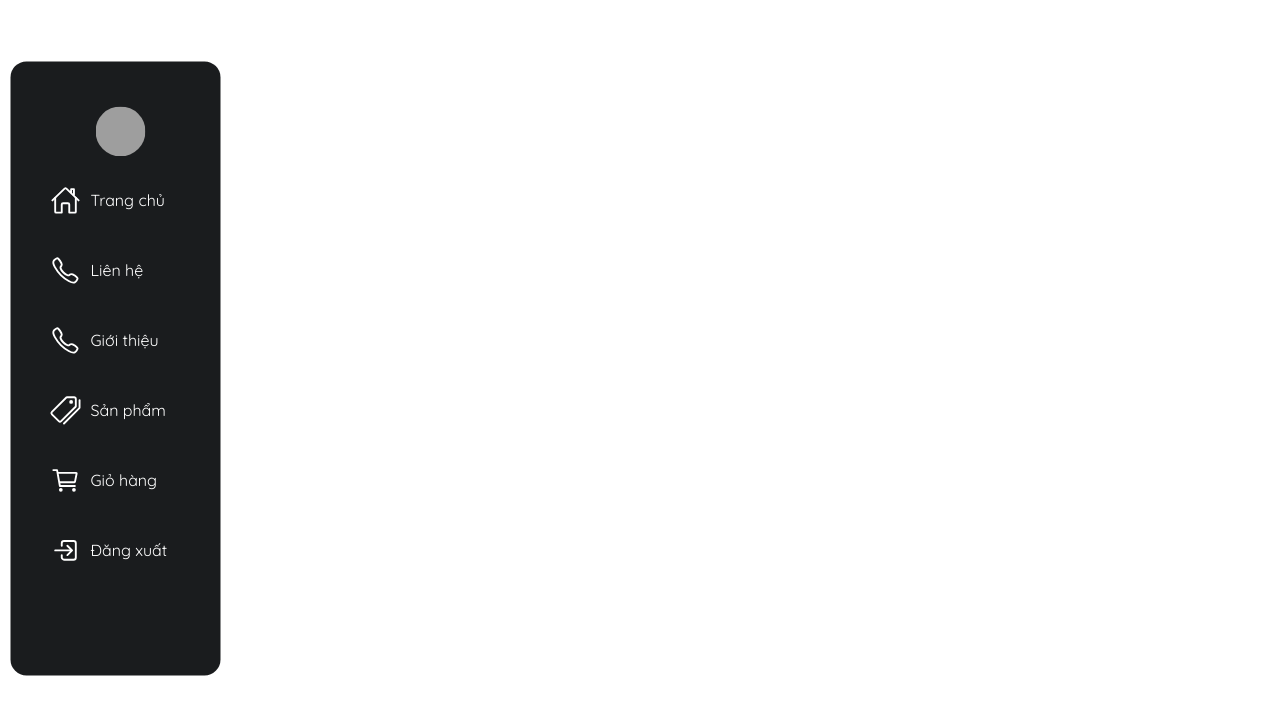
Repository: Fuocmanh/demo
Page: site/nav.html
An editor plug-in stored every save of this project. The page is shown before and after the next save, followed by the edit.
The browser window is 1280 px wide. The pictures show the whole page.
Pictures or frames that could not be fetched are drawn as grey boxes.

Above is the page before, as saved 2022-12-30 12:31:01.

### site/nav.html
<!DOCTYPE html>
<html lang="en">

<head>
    <meta charset="UTF-8">
    <meta name="viewport" content="width=device-width, initial-scale=1" />
    <link rel="stylesheet" href="../css/style.css">
    <script type="module" src="https://unpkg.com/ionicons@5.5.2/dist/ionicons/ionicons.esm.js"></script>
    <script nomodule src="https://unpkg.com/ionicons@5.5.2/dist/ionicons/ionicons.js"></script>
</head>

<body class="box">
    <div class="sidebar">
        <a href="#" class="logo">
            <img src="https://i.pinimg.com/550x/dd/6d/22/dd6d2277032c5f365dd3149d45b3a820.jpg" alt="" class="logo-image" />
        </a>
        <nav>
            <ul class="menu">
                <li class="menu-item">
                    <a href="#" class="menu-link">
                        <ion-icon name="home-outline"></ion-icon>
                        <span>Trang chủ</span>
                    </a>
                </li>
                <li class="menu-item">
                    <a href="#" class="menu-link">
                        <ion-icon name="call-outline"></ion-icon>
                        <span>Liên hệ</span>
                    </a>
                </li>
                <li class="menu-item">
                    <a href="#" class="menu-link">
                        <ion-icon name="call-outline"></ion-icon>
                        <span>Giới thiệu</span>

                    </a>
                </li>
                <li class="menu-item">
                    <a href="#" class="menu-link">
                        <ion-icon name="pricetags-outline"></ion-icon>
                        <span>Sản phẩm</span>
                    </a>
                </li>
                <li class="menu-item">
                    <a href="#" class="menu-link">
                        <ion-icon name="cart-outline"></ion-icon>
                        <span>Giỏ hàng</span>
                    </a>
                </li>
                <li class="menu-item">
                    <a href="#" class="menu-link">
                        <ion-icon name="log-in-outline"></ion-icon>
                        <span>Đăng xuất</span>
                    </a>
                </li>
            </ul>
        </nav>

        <!-- <div class="">
            <a href="#!"><ion-icon name="log-in-outline"></ion-icon></a>
        </div> -->
    </div>
    <script src="../js/style.js"></script>
</body>

</html>

### css/style.css
@import url('https://fonts.googleapis.com/css2?family=Quicksand:wght@300;400;500;600;700&display=swap');

html {
    font-family: 'Quicksand', sans-serif;
}

* {
    /* font-size: 18px; */
    width: 100%;
    margin: 0px;
    padding: 0px;
    box-sizing: border-box;
}


.sidebar {
    background-color: #1A1C1E;
    width: max-content;
    height: 100%;
    padding: 70px 5px;
    border-radius: 16px;
    transform: translate(5%,10%);
}

ion-icon {
    font-size: 30px;
    color: #FFFFFF;
}

.logo{
    width: 100%;
    height: 50px;

}
.logo-image{
    transform: translateY(-25px);
    margin: 0 40%;
    width: 50px;
    height: 50px;
    border-radius: 50%;
}
.menu {
    width: 200px;

}


li {
    display: flex;
    align-items: center;
    justify-content: center;
  margin-bottom: 40px;
}

.menu-link {
    display: flex;
    color: #FFFFFF;
    list-style: none;
    text-decoration: none;
}

.menu-link span {
    transform: translate(-25px, 5px);
}

### js/style.js
var nav = document.getElementById('nav');
function hideShowNav(){
    display=nav.style.display ;
    display=='none'?nav.style.display ='block':nav.style.display ='none';
    // nav.style.opacity='1';
}
// function onchane(){
//     let width = document.getElementsByClassName('.box').style.width='50%';
// console.log(width);
// }

After the next save:
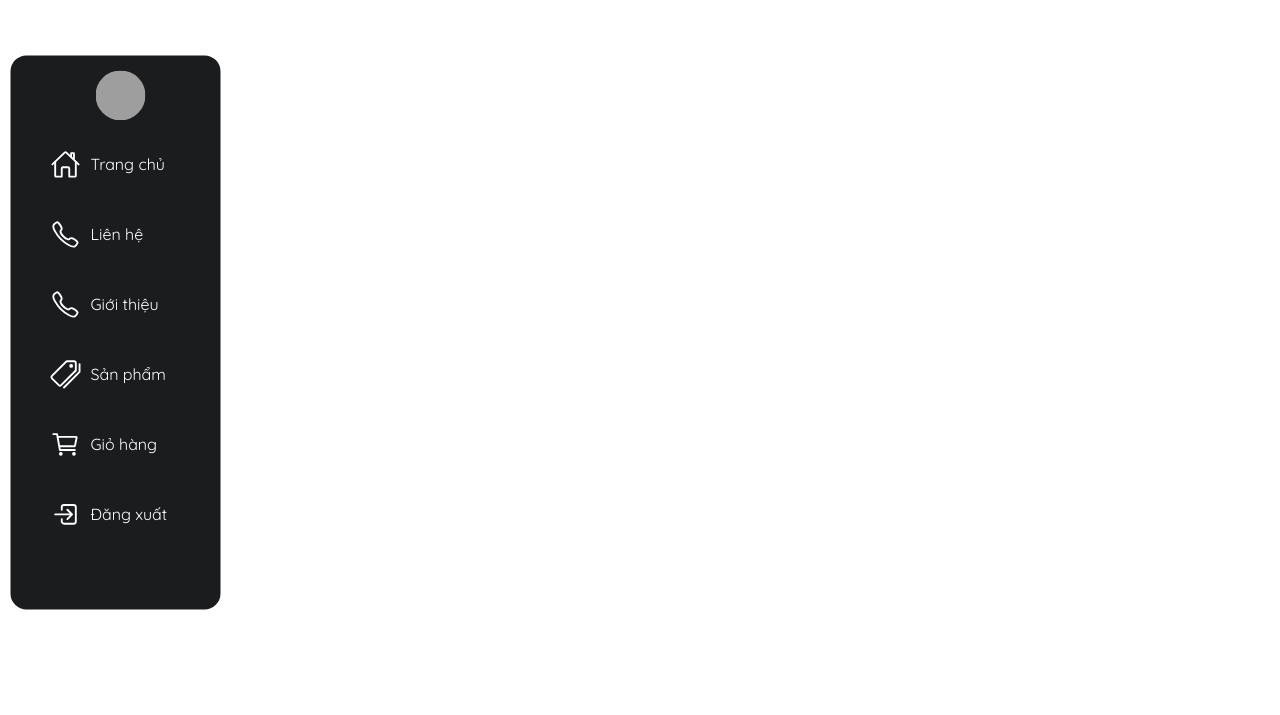
Saved 4 s later.
--- a/css/style.css
+++ b/css/style.css
@@ -17,7 +17,7 @@ html {
     background-color: #1A1C1E;
     width: max-content;
     height: 100%;
-    padding: 70px 5px;
+    padding: 40px 5px;
     border-radius: 16px;
     transform: translate(5%,10%);
 }
